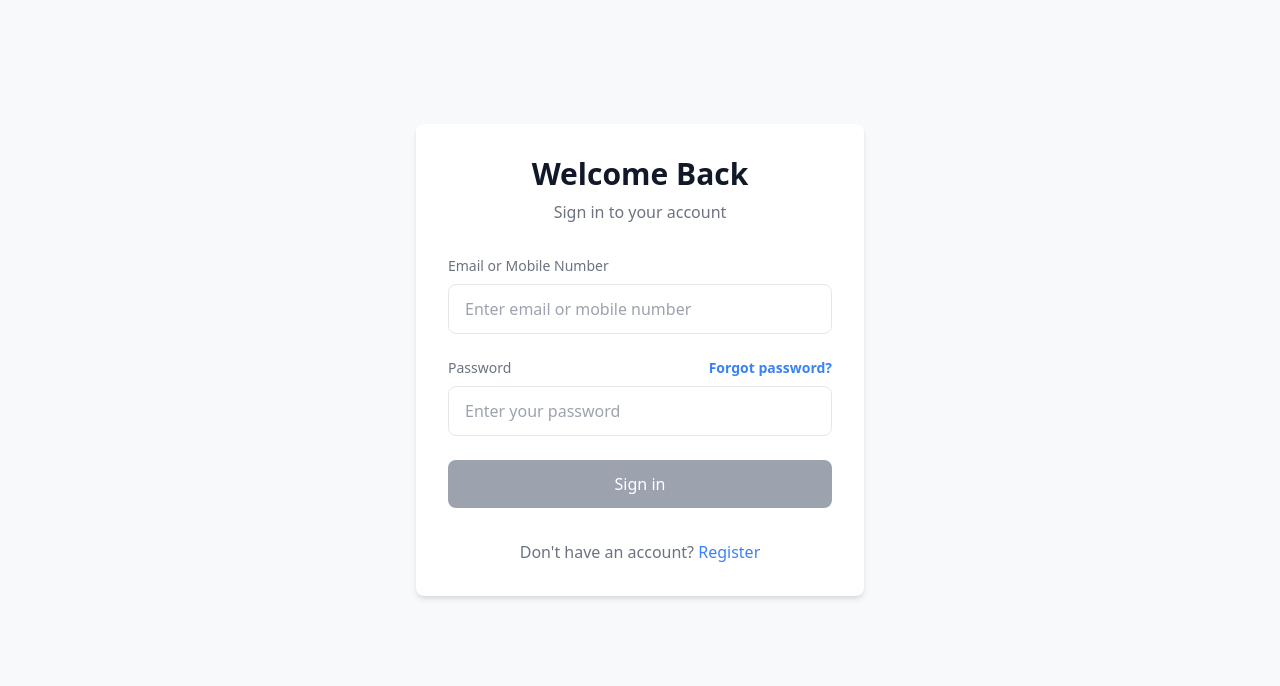
Repository: riyas-git-sys/Zing-frontend
Page: /
These files come from the project's save history. The page is drawn as it stood at one moment and after the next save; the edit follows.
The browser window is 1280 px wide. The pictures show the whole page.
The page's requests for data from a server got no answer. The project was rebuilt for these pictures with package versions that can differ from the ones it lists, and the page was loaded fresh each time. No one was signed in, and anything a server would have sent is missing. Also part of the build but not shown: vite.config.ts, src/components/Layout.tsx, src/services/chatService.ts, src/pages/Home.tsx, src/pages/Register.tsx, src/pages/ForgotPassword.tsx, src/pages/ResetPassword.tsx, src/components/LogoutModal.tsx and 11 more.

Above is the page before, as saved 2025-08-26 16:54:28.

After the next save:
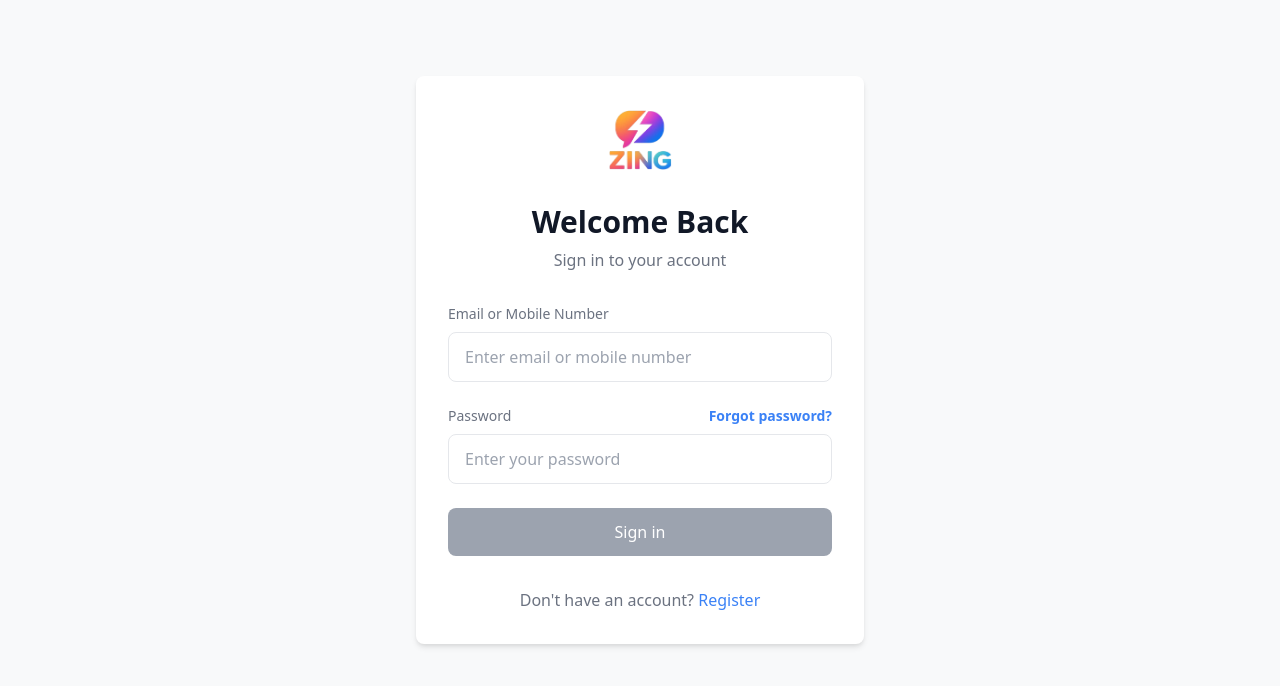
Saved 5 min 47 s later.
--- a/src/pages/Login.tsx
+++ b/src/pages/Login.tsx
@@ -1,6 +1,7 @@
 import { useState } from 'react';
 import { useNavigate, Link } from 'react-router-dom';
 import { useAuth } from '../context/AuthContext';
+import Logo from '../assets/logo.png'; // Add this import
 
 function Login() {
   const [emailOrMobile, setEmailOrMobile] = useState('');
@@ -72,6 +73,15 @@
   return (
     <div className="flex items-center justify-center min-h-screen bg-gray-100 px-4">
       <div className="w-full max-w-md p-8 space-y-8 bg-white rounded-lg shadow-md">
+        {/* Logo Section */}
+        <div className="flex justify-center mb-6">
+          <img
+            src={Logo}
+            alt="Zing Logo"
+            className="w-16 h-16 object-contain"
+          />
+        </div>
+
         <div className="text-center">
           <h2 className="text-3xl font-bold text-gray-900">Welcome Back</h2>
           <p className="mt-2 text-gray-600">Sign in to your account</p>
